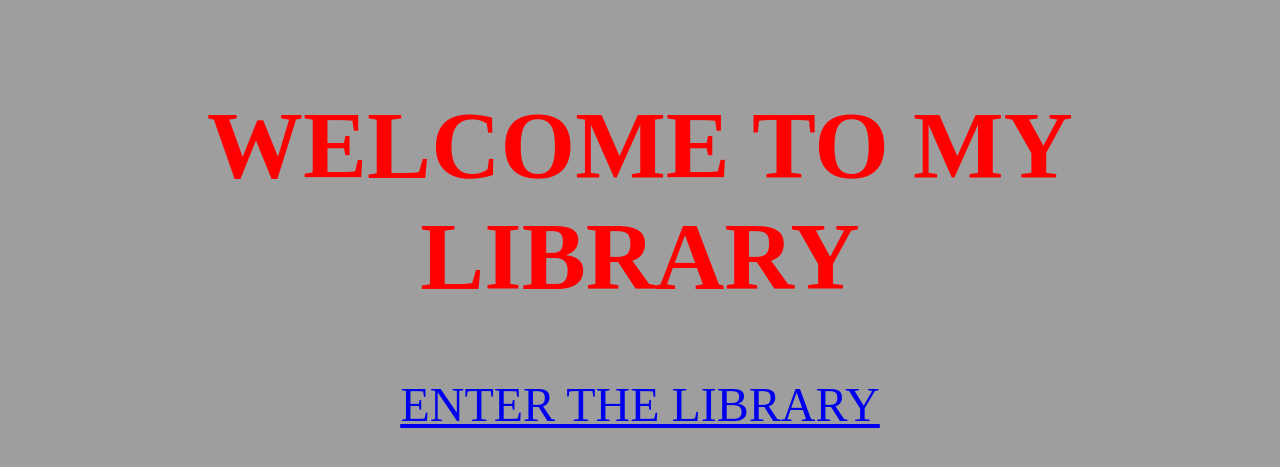
Repository: subhamsourabh265/LibManagementSystemJ2EE-
Page: library/WebContent/mylib.html
The author's editor kept a copy of each file at every save. The page is drawn from the files as they stood at one save, then again after the next save.
The browser window is 1280 px wide. The pictures show the whole page.

Above is the page before, as saved 2015-07-06 19:39:43.

### library/WebContent/mylib.html
<!DOCTYPE html>
<html>
<head>
<meta charset="ISO-8859-1">
<title>LIBRARY</title>
</head>
<body background="F:\IMAGES\wallpaper\rain_drops_wallpaper_plants_nature_wallpaper_1920_1440_1663.jpg"><br>
<font size = 7 color = red>
<h1 align = center >	<b>WELCOME TO MY LIBRARY</b></h1>
</font>
<font size=10  color = burlywood >
<a  href =  "mylogin.html" ><p style= "text-align:center" > <u>ENTER  THE  LIBRARY</u></p></a>
</font>
</body>
</html>

After the next save:
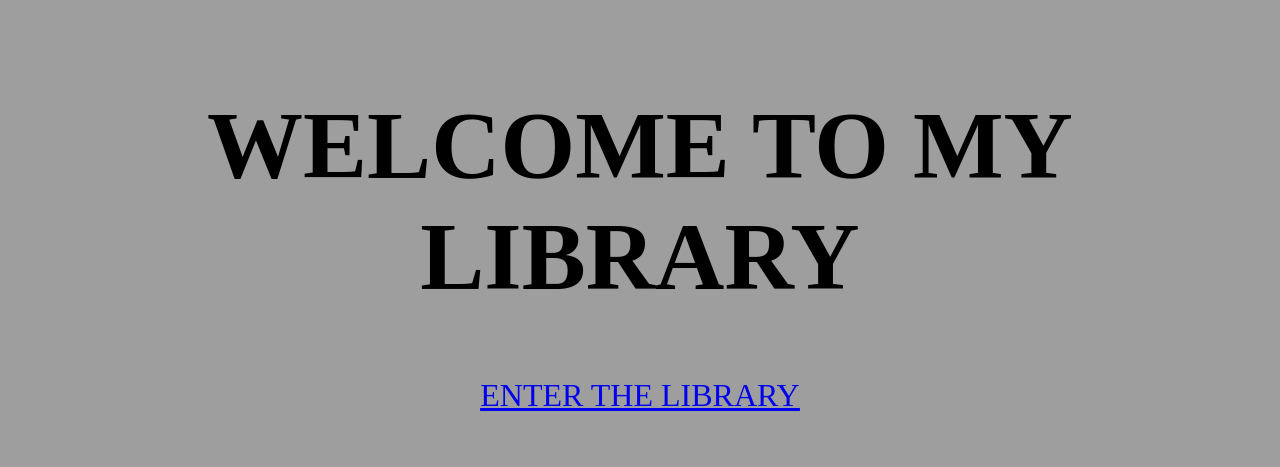
Saved 2 min 31 s later.
--- a/library/WebContent/mylib.html
+++ b/library/WebContent/mylib.html
@@ -5,11 +5,21 @@
 <title>LIBRARY</title>
 </head>
 <body background="F:\IMAGES\wallpaper\rain_drops_wallpaper_plants_nature_wallpaper_1920_1440_1663.jpg"><br>
-<font size = 7 color = red>
-<h1 align = center >	<b>WELCOME TO MY LIBRARY</b></h1>
+<font size = 7 color = black>
+<h1 align = center >
+<b>
+WELCOME TO MY LIBRARY
+</b>
+</h1>
 </font>
-<font size=10  color = burlywood >
-<a  href =  "mylogin.html" ><p style= "text-align:center" > <u>ENTER  THE  LIBRARY</u></p></a>
+<font size=6  color = burlywood >
+<a  href =  "mylogin.html" >
+<p style= "text-align:center" >
+<u>
+ENTER  THE  LIBRARY
+</u>
+</p>
+</a>
 </font>
 </body>
 </html>
